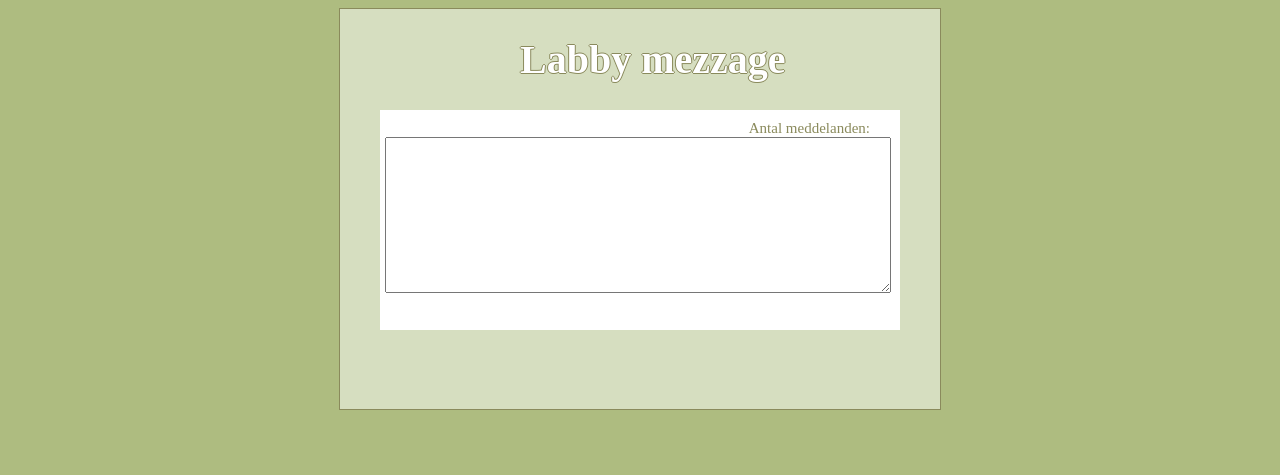
Repository: JuliaSivartsson/1dv403-jsigc09-laborationer
Page: 2-labbymezzage/index.html
The author's editor kept a record of every edit. The page is drawn from the files as they stood at one moment, then again after the next edit.
The browser window is 1280 px wide. The pictures show the whole page.

Above is the page before.
Console error: TypeError: Cannot read properties of undefined (reading 'getText')

After the next edit:
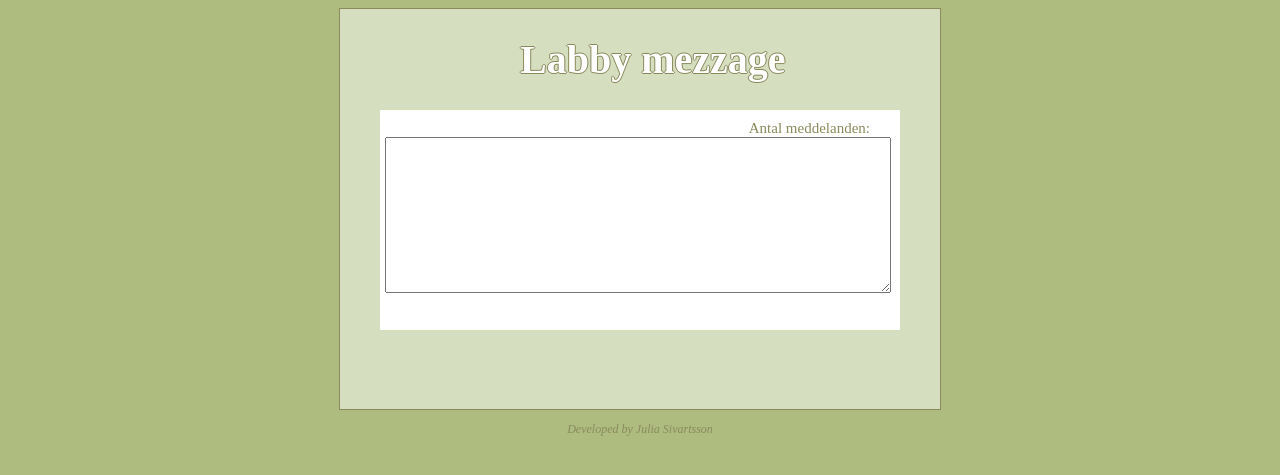
The edit:
--- a/2-labbymezzage/index.html
+++ b/2-labbymezzage/index.html
@@ -28,4 +28,7 @@
     	  <script src="js/Message.js"></script>
 
     </body>
+<footer>
+    <p>Developed by Julia Sivartsson</p>
+</footer>
 </html>
